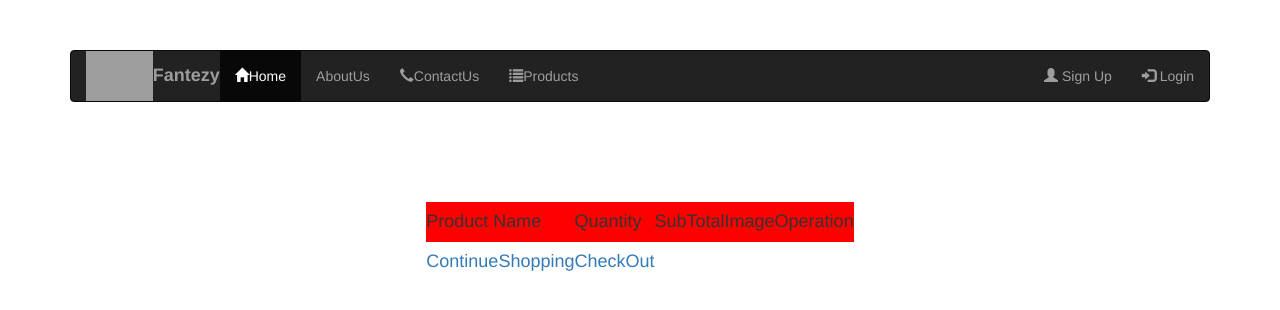
Repository: Safna93/eCommerce-project
Page: http://localhost/FantezyFrontendProject/WEB-INF/views/Cart.jsp
The author's editor kept a copy of each file at every save. The page is drawn from the files as they stood at one save, then again after the next save.
The browser window is 1280 px wide. The pictures show the whole page.
Pictures or frames that could not be fetched are drawn as grey boxes. Some web libraries are served in a nearby version. The page is served by Tomcat 9. Nobody is signed in. The template is opened directly, without the code that normally fills it, so the values that code supplies are empty.

Above is the page before, as saved 2017-07-11 06:54:39.

After the next save:
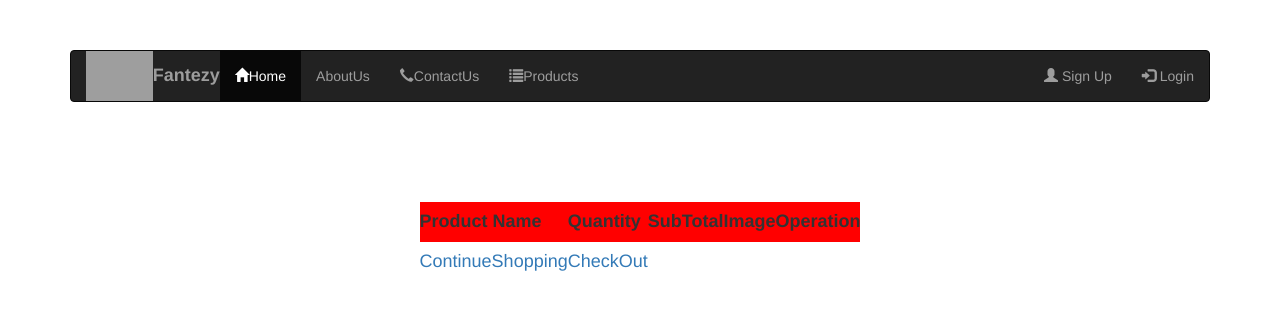
Saved 42 s later.
--- a/Fantezy Project/Fantezy/FantezyFrontendProject/src/main/webapp/WEB-INF/views/Cart.jsp
+++ b/Fantezy Project/Fantezy/FantezyFrontendProject/src/main/webapp/WEB-INF/views/Cart.jsp
@@ -3,11 +3,11 @@
 <%@include file="Header.jsp" %>
 <table cellspacing="3" align="center" >
 <tr bgcolor="red">
-<td><h4>Product Name</h4></td>
-<td><h4>Quantity</h4></td>
-<td><h4>SubTotal</h4></td>
-<td><h4>Image</h4></td>
-<td><h4>Operation</h4></td>
+<td><h4><b>Product Name</b></h4></td>
+<td><h4><b>Quantity</b></h4></td>
+<td><h4><b>SubTotal</b></h4></td>
+<td><h4><b>Image</b></h4></td>
+<td><h4><b>Operation</b></h4></td>
 </tr>
 <c:forEach items="${cartitems }" var="cartitem">
 <tr>
